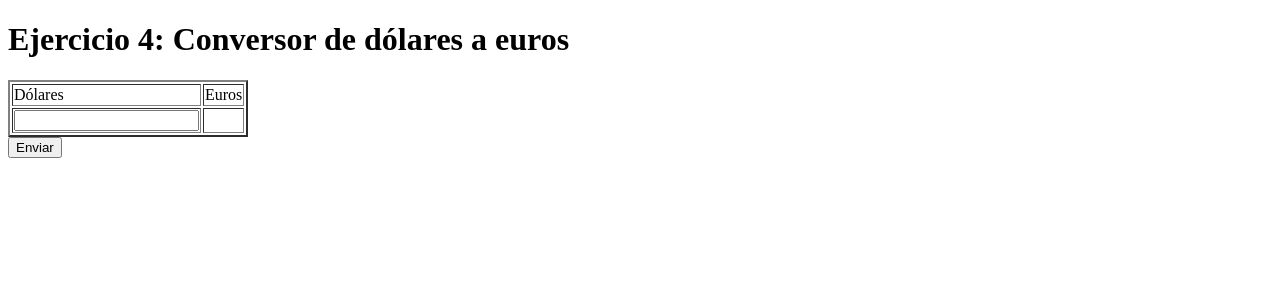
Repository: Ibizus/ejercicios_JSP
Page: http://localhost/ejercicios_Hector/ejercicio4/index.jsp
These files come from the project's save history. The page is drawn as it stood at one moment and after the next save; the edit follows.
The browser window is 1280 px wide. The pictures show the whole page.
The page is served by Tomcat 9.

Above is the page before, as saved 2023-11-11 21:30:49.

### ejercicios_Hector/src/main/webapp/ejercicio4/index.jsp
<%@ page language="java" contentType="text/html; charset=UTF-8"
    pageEncoding="UTF-8"%>
<!DOCTYPE html>
<html>
<head>
<meta charset="UTF-8">
<title>Ejercicio 4</title>
</head>
<body>

	<h1>Ejercicio 4: Conversor de dólares a euros</h1>

	<form method="post" action="conversor.jsp">
	<table border="2">
	<tr>
		<td>Dólares</td><td>Euros</td>
	</tr>

	<tr>

		<td><input type="text" name="dolares"></td>
		<td></td>
	</tr>
	</table>

	<input type="submit" value="Enviar">
	</form>

</body>
</html>

After the next save:
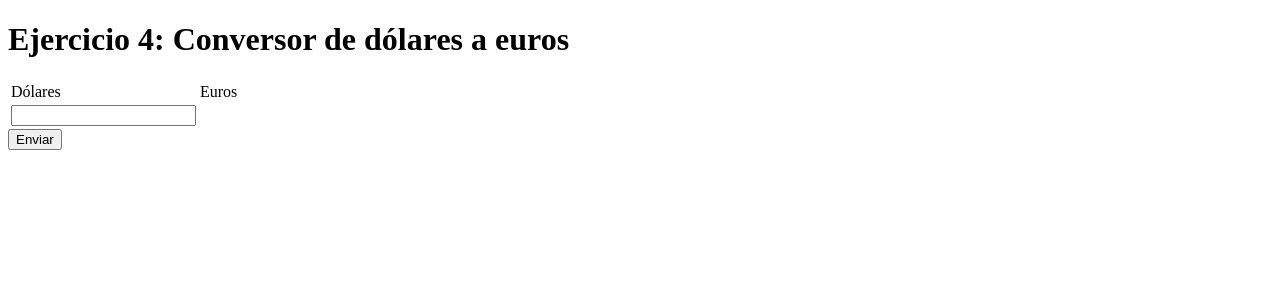
Saved 2 min 15 s later.
--- a/ejercicios_Hector/src/main/webapp/ejercicio4/index.jsp
+++ b/ejercicios_Hector/src/main/webapp/ejercicio4/index.jsp
@@ -11,19 +11,18 @@
 	<h1>Ejercicio 4: Conversor de dólares a euros</h1>
 
 	<form method="post" action="conversor.jsp">
-	<table border="2">
-	<tr>
-		<td>Dólares</td><td>Euros</td>
-	</tr>
+		<table>
+			<tr>
+				<td>Dólares</td><td>Euros</td>
+			</tr>
 
-	<tr>
+			<tr>
+				<td><input type="text" name="dolares"></td>
+				<td></td>
+			</tr>
+		</table>
 
-		<td><input type="text" name="dolares"></td>
-		<td></td>
-	</tr>
-	</table>
-
-	<input type="submit" value="Enviar">
+		<input type="submit" value="Enviar">
 	</form>
 
 </body>
